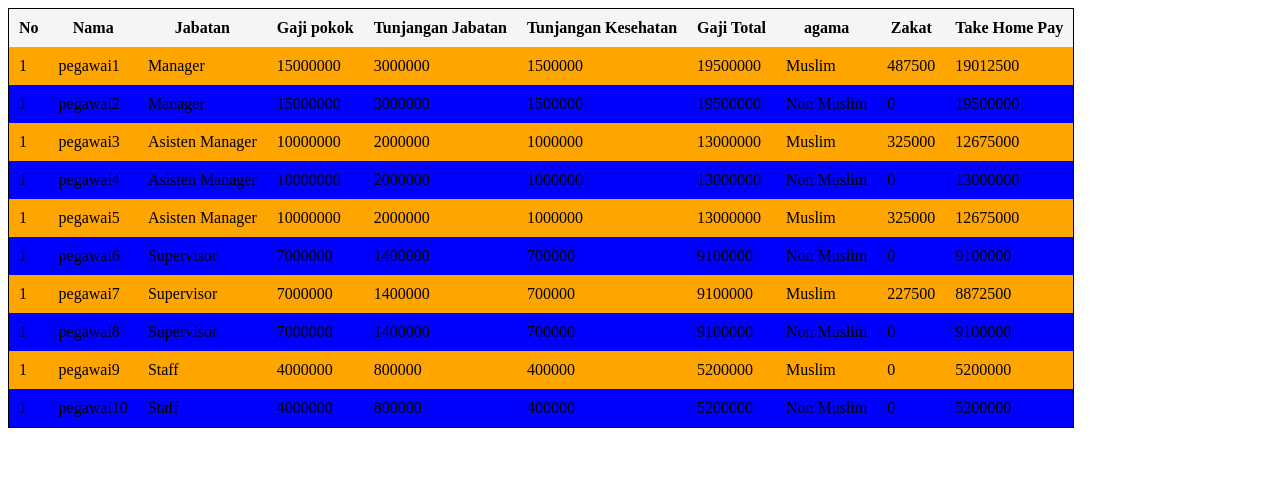
Repository: AHSANS354/Tugas-MSIB-5-GitHub
Page: tugasper3js.html
The author's editor kept a copy of each file at every save. The page is drawn from the files as they stood at one save, then again after the next save.
The browser window is 1280 px wide. The pictures show the whole page.

Above is the page before, as saved 2023-09-10 13:46:37.

After the next save:
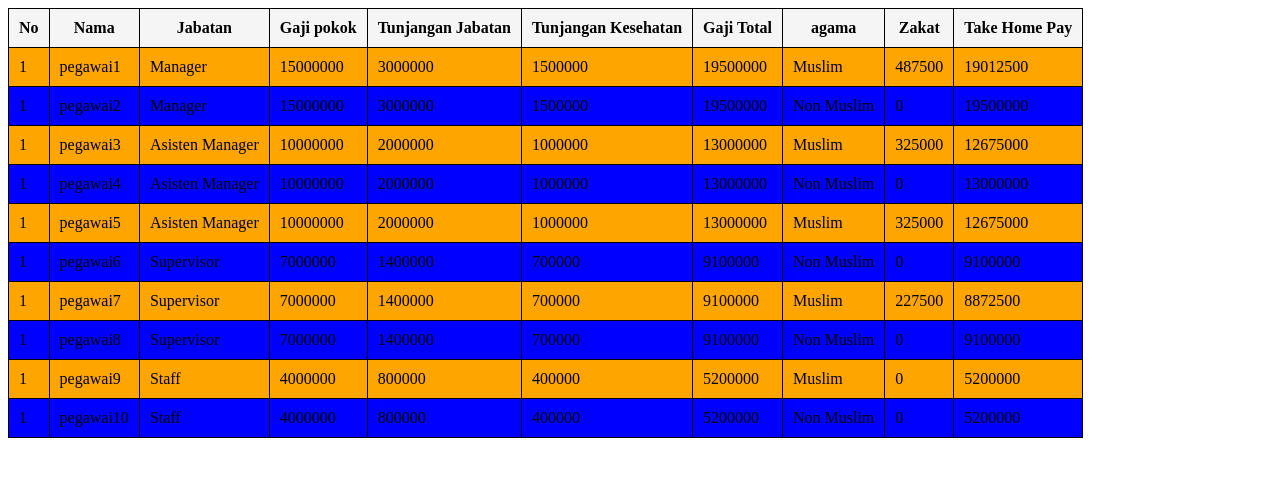
Saved 12 s later.
--- a/tugasper3js.html
+++ b/tugasper3js.html
@@ -2,7 +2,7 @@
   th,
   td {
     padding: 10px;
-    border: #000;
+    border: 1px solid #000;
   }
   table {
     border: 1px solid #000;
